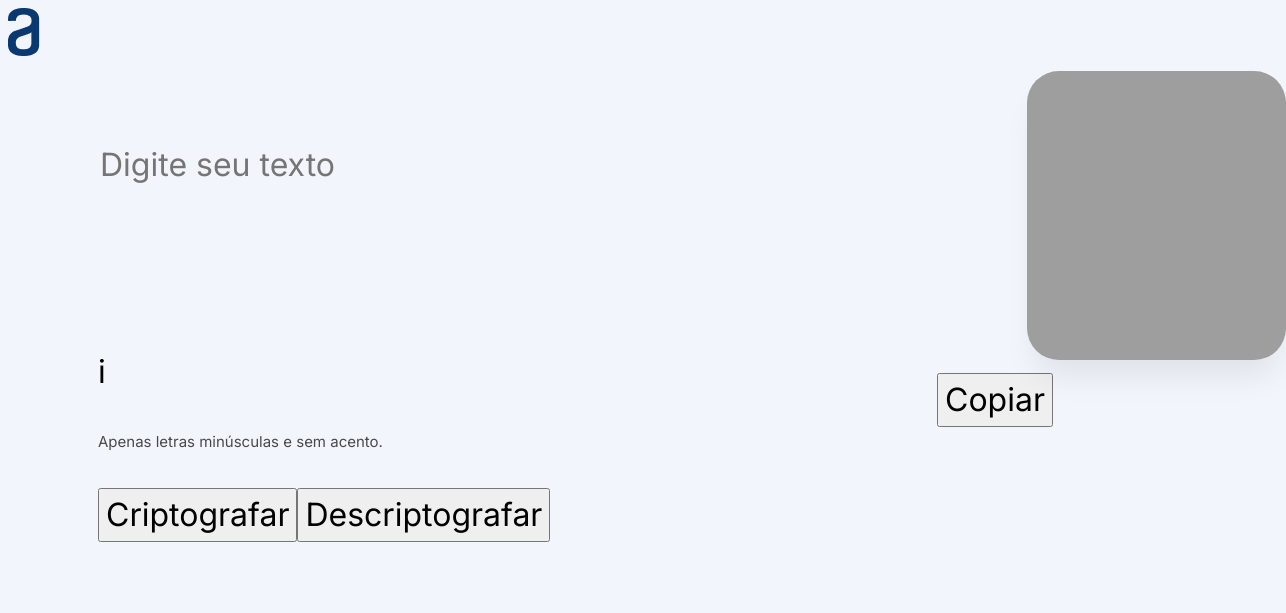
Repository: guilhermecardoso93/decodificador-texto
Page: index.html
The author's editor kept a copy of each file at every save. The page is drawn from the files as they stood at one save, then again after the next save.
The browser window is 1280 px wide. The page is 1286 px wide, so the pictures cover 1286 px, including what lies to the right of the window. The pictures show the whole page.
Pictures or frames that could not be fetched are drawn as grey boxes.

Above is the page before, as saved 2024-02-28 19:25:59.

### index.html
<!DOCTYPE html>
<html lang="pt-BR">
  <head>
    <meta charset="UTF-8" />
    <meta name="viewport" content="width=device-width, initial-scale=1.0" />
    <link rel="preconnect" href="https://fonts.googleapis.com" />
    <link rel="preconnect" href="https://fonts.gstatic.com" crossorigin />
    <link
      href="https://fonts.googleapis.com/css2?family=Inter:wght@400;500;600;700&display=swap"
      rel="stylesheet"
    />
    <link rel="stylesheet" href="style.css" />
    <title>Desafio - Encriptador</title>
  </head>
  <body>
    <header>
      <img src="./assets/logo.png" alt="Logo Alura" class="'logo-alura" />
    </header>

    <main>
      <section>
        <textarea
          class="text-area"
          cols="41"
          rows="4"
          placeholder="Digite seu texto"
        ></textarea>
        <div class="informaçao">
          <span>i</span>
          <h6>Apenas letras minúsculas e sem acento.</h6>
        </div>
        <div class="botoes">
          <button class="btn-encriptor">Criptografar</button>
          <button class="btn-descriptor">Descriptografar</button>
        </div>
      </section>

      <section>
        <textarea class="mensagem" cols="20" rows="10"></textarea>
        <button class="btn-copiar">Copiar</button>
      </section>
    </main>
  </body>
</html>

### style.css
* {
  font-family: "Inter", sans-serif;
  font-weight: 400;
  font-size: 32px;
  line-height: 150%;
}

body {
  background-color: #f3f5fc;
}

.logo-alura {
  margin: 18px 0px 0px 32px;
}

main {
  display: flex;
  margin-left: 90px;
  margin-bottom: 50px;
}

.text-area {
  margin-top: 70px;
  background: #f3f5fc;
  border-style: none;
  outline: none;
  resize: none;
}

.informaçao h6 {
  font-size: 15px;
  opacity: 0.7;
}

.botoes {
  display: flex;
  flex-direction: row;
  margin-top: 20px;
}

.encriptar {
  width: 250px;
  height: 50px;

  background-color: #0a3871;
  color: #ffffff;
  border-radius: 24px;

  font-size: 20px;
}

.encriptar:hover {
  background-color: #356ea9;
  color: #ffffff;
}

.encriptar:active {
  background-color: #757fb2;
  color: #ffffff;
}

.desencriptar {
  width: 250px;
  height: 50px;

  margin-left: 30px;
  background-color: #d8dfe8;
  color: #0a3871;

  border: 1px solid #0a3871;
  border-radius: 24px;

  font-size: 20px;
}

.desencriptar:hover {
  background-color: #072b61;
  color: #ffffff;
}

.desencriptar:active {
  background-color: #757fb2;
  color: #ffffff;
}

.mensagem {
  position: relative;
  margin-top: 2px;
  margin-left: 90px;

  background: #ffffff;

  box-shadow: 0px 24px 32px -8px rgba(0, 0, 0, 0.08);
  border-radius: 32px;

  background-image: url("/assets/boneco.png");
  background-repeat: no-repeat;

  background-position-x: center;
  background-position-y: center;

  text-align: center;
  font-size: 19px;

  outline: none;
  border-style: none;
  resize: none;
}

.div-btn-copia {
  display: none;
  text-align: center;
}

.btn-copia {
  width: 250px;
  height: 50px;

  position: absolute;
  top: 545px;
  left: 850px;

  margin: 20px 0px 0px 90px;

  background-color: #d8dfe8;
  color: #0a3871;

  border: 1px solid #0a3871;
  border-radius: 24px;

  font-size: 20px;
}

.btn-copia:hover {
  background-color: #072b61;
  color: #ffffff;
}

.btn-copia:active {
  background-color: #aab2d5;
  color: #ffffff;
}

After the next save:
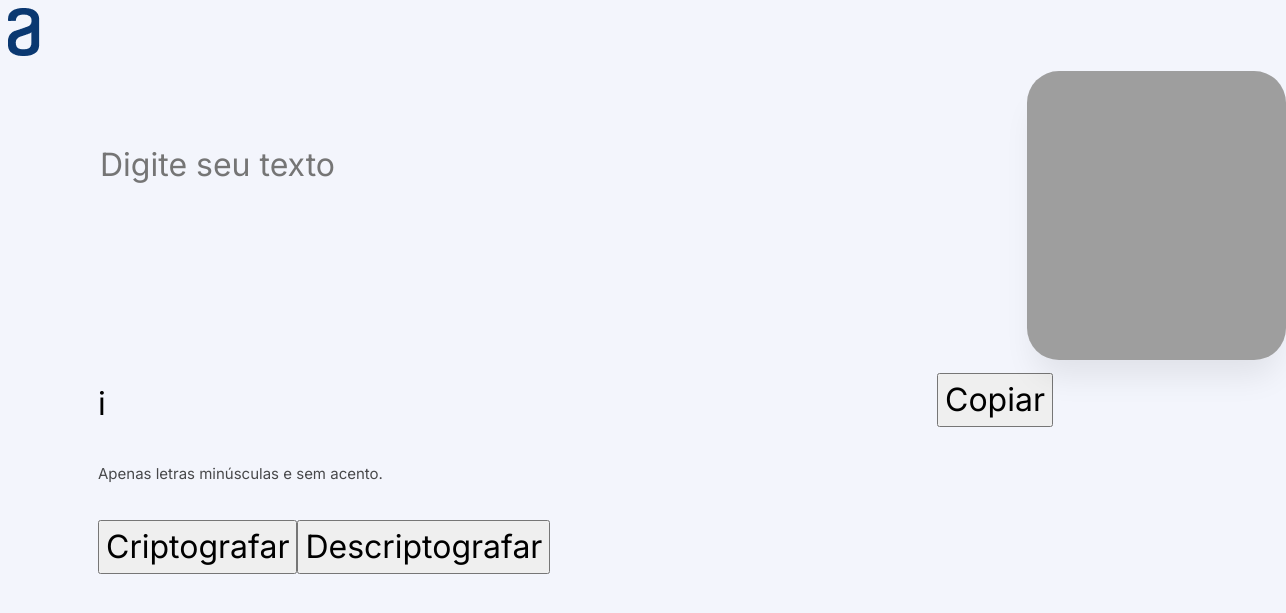
Saved 6 s later.
--- a/index.html
+++ b/index.html
@@ -26,7 +26,7 @@
           placeholder="Digite seu texto"
         ></textarea>
         <div class="informaçao">
-          <span>i</span>
+          <p>i</p>
           <h6>Apenas letras minúsculas e sem acento.</h6>
         </div>
         <div class="botoes">
